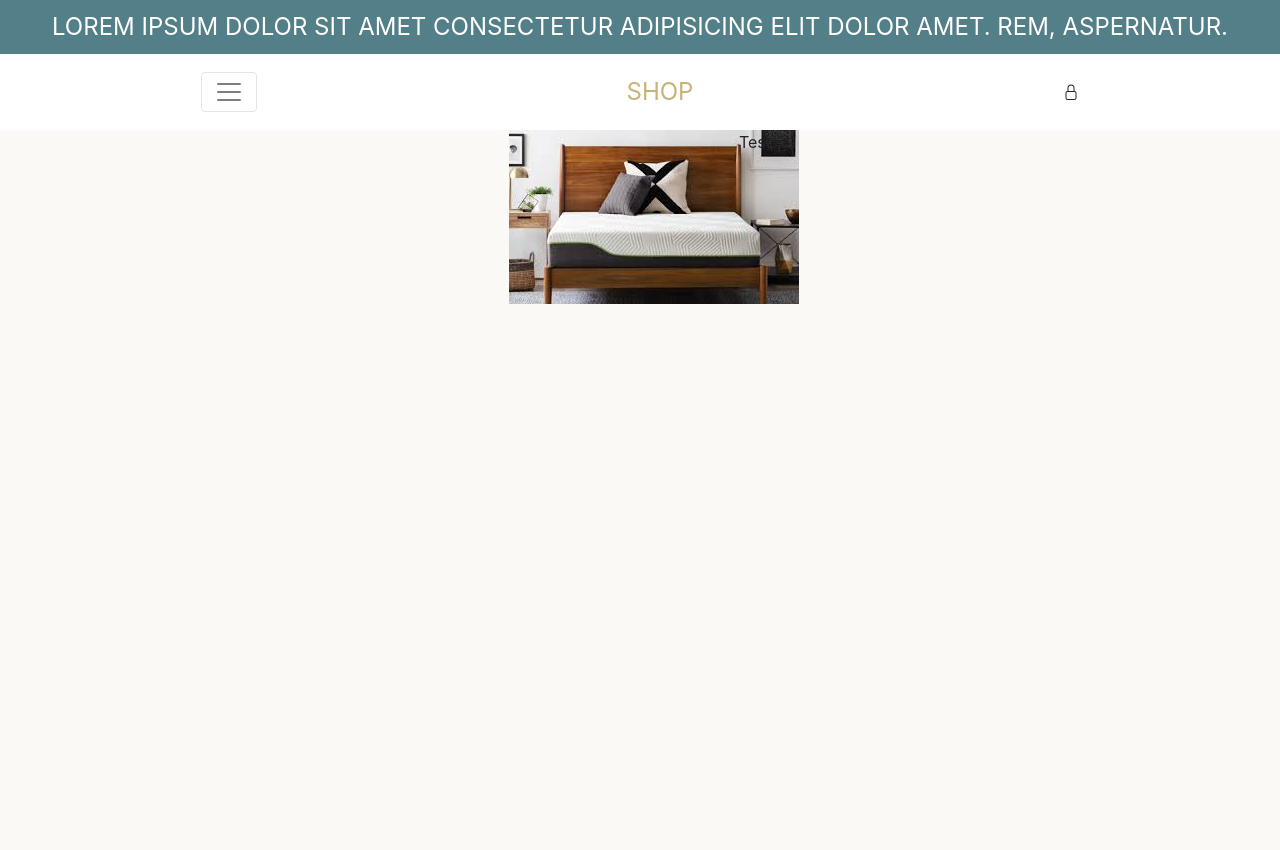
Repository: DaNiels89/frontendassignmentbogbootcamp
Page: index.html
The author's editor kept a copy of each file at every save. The page is drawn from the files as they stood at one save, then again after the next save.
The browser window is 1280 px wide. The pictures show the whole page.

Above is the page before, as saved 2020-03-19 18:20:14.

### index.html
<!DOCTYPE html>
<html lang="en">
  <head>
    <meta charset="UTF-8" />
    <meta name="viewport" content="width=device-width, initial-scale=1.0" />
    <title>Front end Assignment - Carousel</title>
    <link
      rel="stylesheet"
      href="https://stackpath.bootstrapcdn.com/bootstrap/4.3.1/css/bootstrap.min.css"
      integrity="sha384-ggOyR0iXCbMQv3Xipma34MD+dH/1fQ784/j6cY/iJTQUOhcWr7x9JvoRxT2MZw1T"
      crossorigin="anonymous"
    />
    <link rel="stylesheet" href="css/styles.css" />
  </head>
  <body>
    <div class="promotion-bar">
      LOREM IPSUM DOLOR SIT AMET CONSECTETUR ADIPISICING ELIT DOLOR AMET. REM,
      ASPERNATUR.
    </div>

    <div class="pos-f-t">
      <div class="collapse" id="navbarToggleExternalContent">
        <div class="bg-dark p-4">
          <h4 class="text-white">Collapsed content</h4>
          <span class="text-muted">Toggleable via the navbar brand.</span>
        </div>
      </div>
      <nav class="navbar navbar-light bg-white">
        <button
          class="navbar-toggler"
          type="button"
          data-toggle="collapse"
          data-target="#navbarToggleExternalContent"
          aria-controls="navbarToggleExternalContent"
          aria-expanded="false"
          aria-label="Toggle navigation"
        >
          <span class="navbar-toggler-icon"></span>
        </button>

        <div class="navbar-div">SHOP</div>

        <svg
          class="bi bi-lock"
          width="1em"
          height="1em"
          viewBox="0 0 16 16"
          fill="currentColor"
          xmlns="http://www.w3.org/2000/svg"
        >
          <path
            fill-rule="evenodd"
            d="M11.5 8h-7a1 1 0 00-1 1v5a1 1 0 001 1h7a1 1 0 001-1V9a1 1 0 00-1-1zm-7-1a2 2 0 00-2 2v5a2 2 0 002 2h7a2 2 0 002-2V9a2 2 0 00-2-2h-7zm0-3a3.5 3.5 0 117 0v3h-1V4a2.5 2.5 0 00-5 0v3h-1V4z"
            clip-rule="evenodd"
          />
        </svg>
      </nav>
    </div>

    <div class="carousel-outer-div">
      <div class="carousel-inner-div">
        <div class="get-image"><img src="img/bed1.jpeg" alt="" /></div>
        <div class="right-carousel">Test</div>
      </div>
    </div>
  </body>
</html>

### css/styles.css
* {
  box-sizing: border-box;
  margin: 0;
  padding: 0;
}

/* Promotion bar */
.promotion-bar {
  background-color: rgb(82, 127, 136);
  color: white;
  font-size: 1.5rem;
  text-align: center;
  width: 100%;
  height: auto;
  padding: 9px;
}

/* Navigation bar */
.navbar {
  width: 100%;
  display: flex;
  justify-content: space-around;
  margin: 10px 0;
}

.navbar-div {
  color: rgb(197, 179, 119);
  font-size: 1.5rem;
  text-align: center;
  align-items: center;
}

/* Carousel div */
.carousel-outer-div {
  background-color: rgb(250, 249, 246);
  height: 100vh;
  width: auto;
}

.carousel-inner-div {
  display: flex;
  justify-content: center;
}

.get-image {
  width: 230px;
  height: 150px;
}

After the next save:
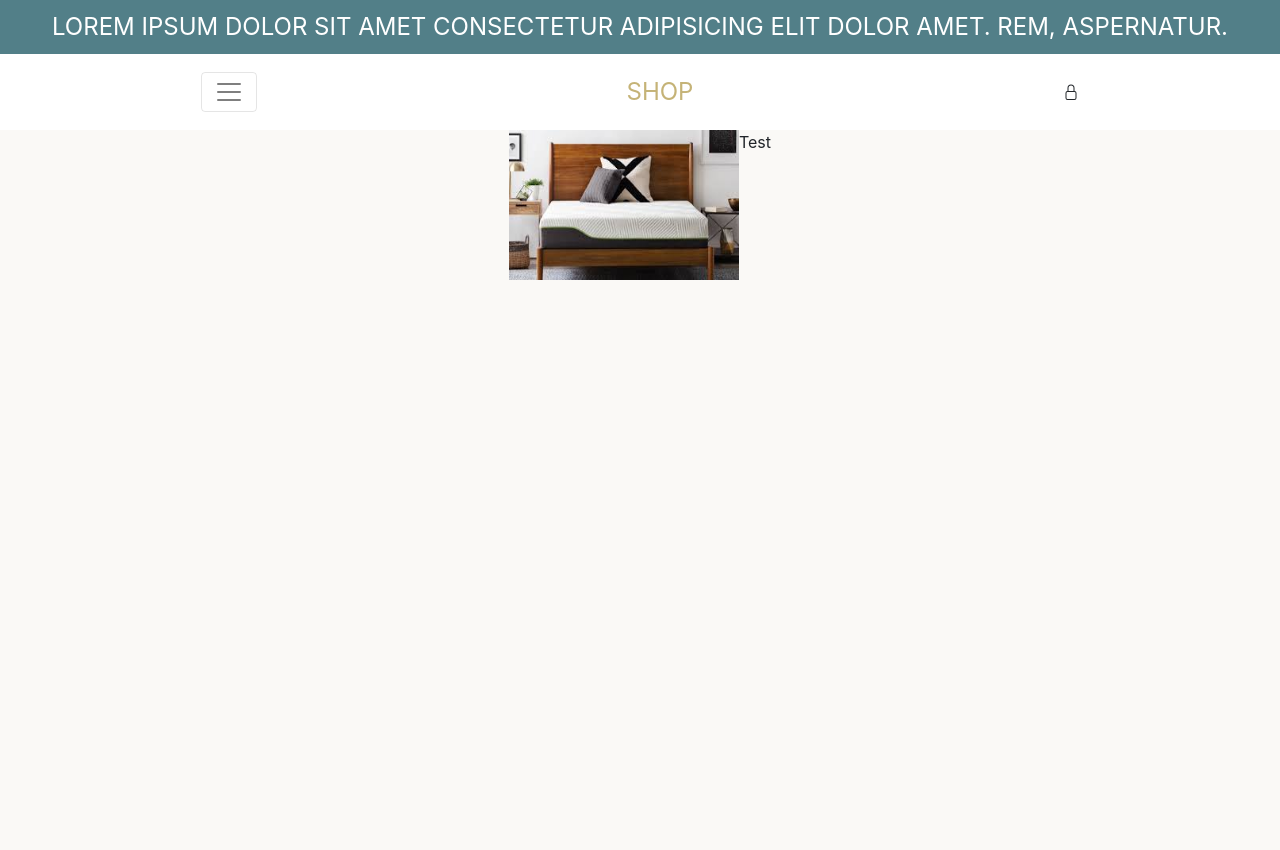
Saved 17 s later.
--- a/index.html
+++ b/index.html
@@ -59,7 +59,7 @@
 
     <div class="carousel-outer-div">
       <div class="carousel-inner-div">
-        <div class="get-image"><img src="img/bed1.jpeg" alt="" /></div>
+        <img class="get-image" src="img/bed1.jpeg" alt="" />
         <div class="right-carousel">Test</div>
       </div>
     </div>
